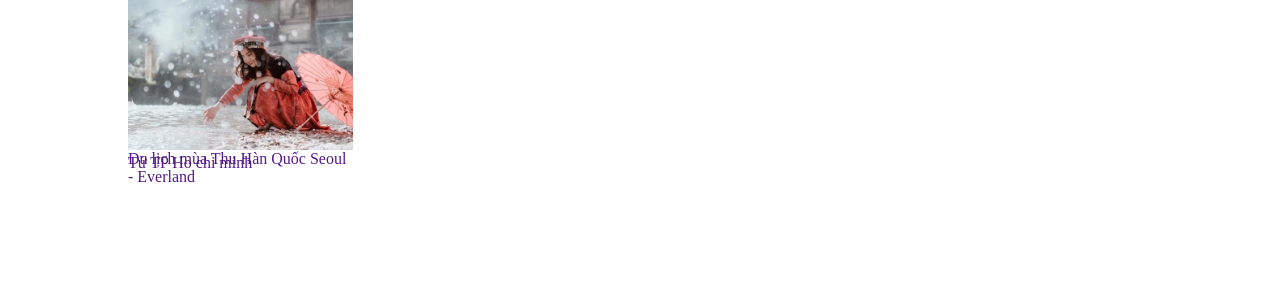
Repository: hoang71299/fe_26
Page: buoi 6/2.html
The author's editor kept a copy of each file at every save. The page is drawn from the files as they stood at one save, then again after the next save.
The browser window is 1280 px wide. The pictures show the whole page.
The pointer rests on the first visible `.content`.

Above is the page before, as saved 2022-08-30 16:09:47.

### buoi 6/2.html
<!DOCTYPE html>
<html lang="en">
<head>
    <meta charset="UTF-8">
    <meta http-equiv="X-UA-Compatible" content="IE=edge">
    <meta name="viewport" content="width=device-width, initial-scale=1.0">
    <title>Document</title>
    <link rel="stylesheet" href="./2.css">
</head>
<body>
    <div class="product">
        <div class="box">
            <a href="" class="top">
                <div class="content">
                    <img src="./image/dubai.jdg.jpg" alt="" class="hinhsp">
                    <div class="bg"></div>
                    <div class="text">
                        Du lịch mùa Thu Hàn Quốc Seoul - Everland - Đảo Nami - Tháp Namsan từ Sài Gòn 2022. Hàn Quốc là một đất nước mang đậm màu sắc của văn hóa phương Đông
                    </div>
                    <div class="diadiem">
                        Tứ TP Ho chi minh
                    </div>
                </div>
                <div class="tieude">
                    Du lịch mùa Thu Hàn Quốc Seoul - Everland
                </div>
            </a>
            <div class="bottom"></div>
        </div>
    </div>
</body>
</html>

### buoi 6/2.css
*{
    margin: 0;
    padding: 0;
    text-decoration: none;
}
html,body{
    width: 100%;
    height: 100%;
}
.product{
    width: 80%;
    height: auto;
    margin: auto;
}
.box{
    width: 22%;
    height: auto;
}
.top{
    width: 100%;
    display: inline-block;
    text-decoration: none;
}
.top .content{
    width: 100%;
    height: 150px;
    position: relative;
}
.top .content .hinhsp{
    width: 100%;
    height: 100%;
    object-fit: cover;
}
.bg{
    width: 100%;
    height: 100%;
    background-color: rgba(0, 0, 0, 0.269);
    position: absolute;
    top: 0;
    opacity: 0;
}
.text{
    color: white;
    position: absolute;
    top: 0px;
    padding: 10px;
    opacity: 0;
}

After the next save:
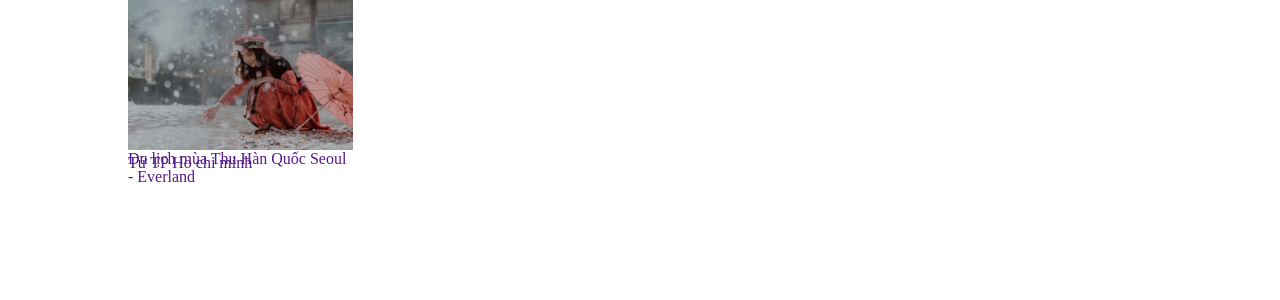
Saved 60 s later.
--- a/buoi 6/2.css
+++ b/buoi 6/2.css
@@ -39,6 +39,10 @@ html,body{
     top: 0;
     opacity: 0;
 }
+.content:hover .bg{
+    opacity: 1;
+    transition: 0.3s linear;
+}
 .text{
     color: white;
     position: absolute;
